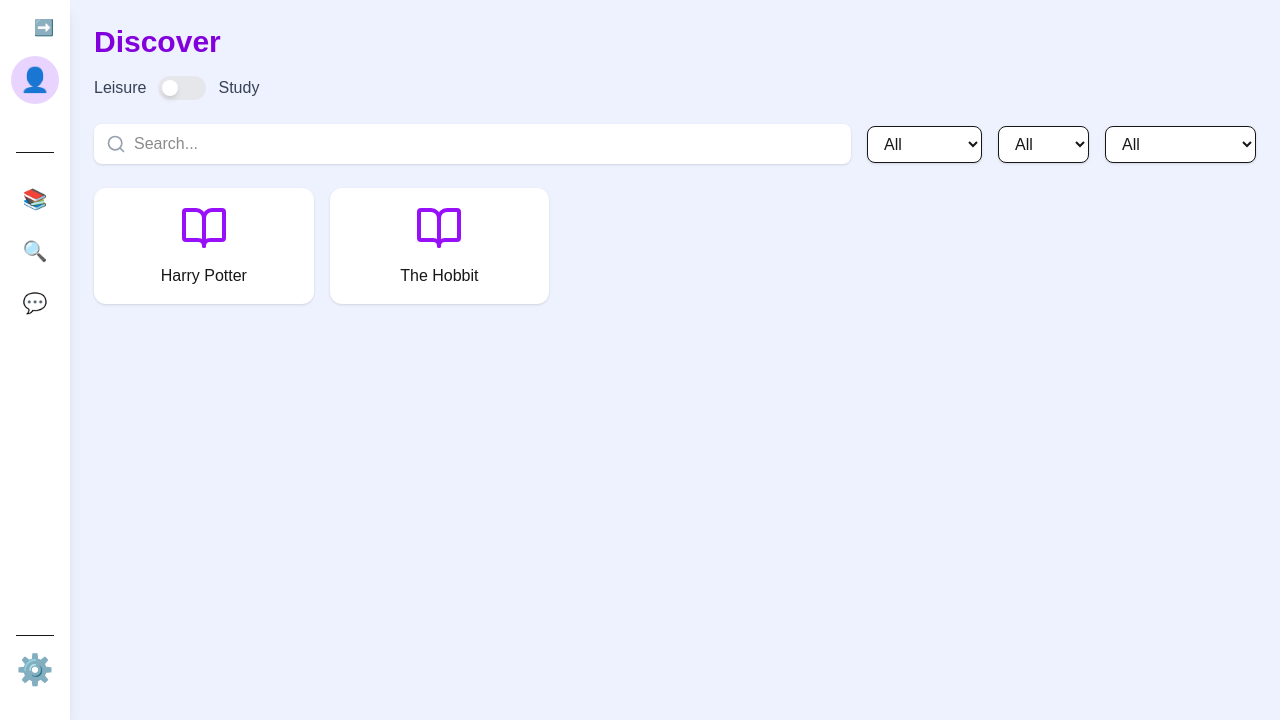
Repository: ramosfranz/bookie
Page: /discover
These files come from the project's save history. The page is drawn as it stood at one moment and after the next save; the edit follows.
The browser window is 1280 px wide. The pictures show the whole page.
The project was rebuilt for these pictures with package versions that can differ from the ones it lists, and the page was loaded fresh each time. The framework's server and built-in components were replaced by stand-ins that run in the browser. Also part of the build but not shown: next.config.ts.

Above is the page before, as saved 2025-11-20 15:06:44.

### src/app/layout.tsx
import type { Metadata } from "next";
import { Geist, Geist_Mono } from "next/font/google";
import "./globals.css";

const geistSans = Geist({
  variable: "--font-geist-sans",
  subsets: ["latin"],
});

const geistMono = Geist_Mono({
  variable: "--font-geist-mono",
  subsets: ["latin"],
});

export const metadata: Metadata = {
  title: "Bookie",
  description: "Generated by create next app",
};

export default function RootLayout({
  children,
}: Readonly<{
  children: React.ReactNode;
}>) {
  return (
    <html lang="en">
      <body
        className={`${geistSans.variable} ${geistMono.variable} antialiased`}
      >
        {children}
      </body>
    </html>
  );
}

### src/app/discover/page.tsx
"use client";

import { useState, useMemo } from "react";
import { BookOpen, Search } from "lucide-react";
import Sidebar from "../components/Sidebar";

interface Item {
  id: number;
  title: string;
  url: string;
  topic?: string;
  category?: string;
  tags?: string[];
  type: "leisure" | "research"; // Added type
}

export default function DiscoverPage() {
  const dummyUser = {
    id: "00000000-0000-0000-0000-000000000001",
    email: "test@example.com",
    username: "TestUser",
  };

  const user = dummyUser;

  const [activeTab, setActiveTab] = useState<"dashboard" | "discover" | "chat">(
    "discover"
  );

  // Toggle for leisure / study
  const [libraryTab, setLibraryTab] = useState<"leisure" | "research">("leisure");

  // Search & filters
  const [searchQuery, setSearchQuery] = useState("");
  const [selectedTopic, setSelectedTopic] = useState<string | "All">("All");
  const [selectedCategory, setSelectedCategory] = useState<string | "All">("All");
  const [selectedTag, setSelectedTag] = useState<string | "All">("All");

  // Pagination
  const itemsPerPage = 6;
  const [currentPage, setCurrentPage] = useState(1);

  const allItems: Item[] = [
    { id: 1, title: "Modern Web Security", url: "https://example.com/book1", topic: "Security", category: "Book", tags: ["AI","Web"], type: "research" },
    { id: 2, title: "AI & Society", url: "https://example.com/book2", topic: "AI", category: "Article", tags: ["Society"], type: "research" },
    { id: 3, title: "Next.js Patterns", url: "https://example.com/book3", topic: "Web Dev", category: "Book", tags: ["Next.js"], type: "research" },
    { id: 4, title: "Harry Potter", url: "https://example.com/harry-potter", type: "leisure" },
    { id: 5, title: "The Hobbit", url: "https://example.com/the-hobbit", type: "leisure" },
  ];

  // Filter & search logic
  const filteredItems = useMemo(() => {
    return allItems
      .filter(item => item.type === libraryTab) // filter by leisure/study
      .filter(item => {
        const matchesSearch = item.title.toLowerCase().includes(searchQuery.toLowerCase());
        const matchesTopic = selectedTopic === "All" || item.topic === selectedTopic;
        const matchesCategory = selectedCategory === "All" || item.category === selectedCategory;
        const matchesTag = selectedTag === "All" || (item.tags && item.tags.includes(selectedTag));
        return matchesSearch && matchesTopic && matchesCategory && matchesTag;
      });
  }, [searchQuery, selectedTopic, selectedCategory, selectedTag, libraryTab]);

  const paginatedItems = useMemo(() => {
    const startIndex = (currentPage - 1) * itemsPerPage;
    return filteredItems.slice(startIndex, startIndex + itemsPerPage);
  }, [filteredItems, currentPage]);

  const totalPages = Math.ceil(filteredItems.length / itemsPerPage);

  return (
    <div className="min-h-screen flex bg-indigo-50">
      {/* Sidebar */}
      <Sidebar activeTab={activeTab} user={user} />

      <main className="flex-1 p-6">
        <h1 className="text-3xl font-bold text-purple-700 mb-4">Discover</h1>

        {/* Leisure / Study Toggle */}
        <div className="flex items-center mb-6">
          <span className="mr-3 text-gray-700">Leisure</span>
          <label className="relative inline-flex items-center cursor-pointer">
            <input
              type="checkbox"
              className="sr-only peer"
              checked={libraryTab === "research"}
              onChange={() =>
                setLibraryTab(libraryTab === "research" ? "leisure" : "research")
              }
            />
            <div className="w-12 h-6 bg-gray-200 peer-focus:outline-none rounded-full peer peer-checked:bg-purple-600 transition-all"></div>
            <div
              className={`absolute left-1 top-1 w-4 h-4 bg-white rounded-full shadow-md transition-transform ${
                libraryTab === "research" ? "translate-x-6" : ""
              }`}
            ></div>
          </label>
          <span className="ml-3 text-gray-700">Study</span>
        </div>

        {/* Search & filters */}
        <div className="flex flex-col md:flex-row md:items-center gap-4 mb-6">
          <div className="flex items-center bg-white rounded-lg shadow px-3 py-2 flex-1">
            <Search className="w-5 h-5 text-gray-400 mr-2" />
            <input
              type="text"
              placeholder="Search..."
              value={searchQuery}
              onChange={(e) => setSearchQuery(e.target.value)}
              className="flex-1 outline-none"
            />
          </div>

          <select
            value={selectedTopic}
            onChange={(e) => setSelectedTopic(e.target.value)}
            className="px-3 py-2 rounded-lg border bg-white shadow"
          >
            <option>All</option>
            <option>AI</option>
            <option>Security</option>
            <option>Web Dev</option>
            <option>Database</option>
          </select>

          <select
            value={selectedCategory}
            onChange={(e) => setSelectedCategory(e.target.value)}
            className="px-3 py-2 rounded-lg border bg-white shadow"
          >
            <option>All</option>
            <option>Book</option>
            <option>Article</option>
            <option>Paper</option>
          </select>

          <select
            value={selectedTag}
            onChange={(e) => setSelectedTag(e.target.value)}
            className="px-3 py-2 rounded-lg border bg-white shadow"
          >
            <option>All</option>
            <option>AI</option>
            <option>Web</option>
            <option>Society</option>
            <option>Next.js</option>
            <option>Phishing</option>
            <option>Deep Learning</option>
            <option>SQL</option>
          </select>
        </div>

        {/* Items grid */}
        <div className="grid grid-cols-2 md:grid-cols-3 lg:grid-cols-5 gap-4">
          {paginatedItems.map((item) => (
            <a
              key={item.id}
              href={item.url}
              target="_blank"
              className="flex flex-col items-center bg-white p-4 rounded-xl shadow hover:shadow-lg transition"
            >
              <BookOpen className="w-12 h-12 text-purple-600 mb-3" />
              <p className="font-medium text-center">{item.title}</p>
              {item.topic && <p className="text-xs text-gray-500">{item.topic}</p>}
            </a>
          ))}
        </div>

        {/* Pagination */}
        {totalPages > 1 && (
          <div className="flex justify-center gap-2 mt-6">
            {Array.from({ length: totalPages }, (_, i) => (
              <button
                key={i}
                onClick={() => setCurrentPage(i + 1)}
                className={`px-3 py-1 rounded-lg ${
                  currentPage === i + 1
                    ? "bg-purple-600 text-white"
                    : "bg-white shadow hover:bg-purple-100"
                }`}
              >
                {i + 1}
              </button>
            ))}
          </div>
        )}
      </main>
    </div>
  );
}

### src/app/components/Sidebar.tsx
"use client";

import { useState } from "react";
import Link from "next/link";

export default function Sidebar({ activeTab, user }) {
  const [isCollapsed, setIsCollapsed] = useState(true);


  return (
    <aside
      className={`${
        isCollapsed ? "w-[70px]" : "w-[180px]"
      } bg-white shadow-lg p-4 flex flex-col items-center transition-all duration-300`}
    >
      {/* Collapse Button */}
      <button
        onClick={() => setIsCollapsed(!isCollapsed)}
        className="self-end text-gray-500 hover:text-gray-700 mb-4"
      >
        {isCollapsed ? "➡️" : "⬅️"}
      </button>

      {/* Profile Section */}
      <div className="mb-8 flex flex-col items-center">
        <div className="w-12 h-12 bg-purple-200 rounded-full flex items-center justify-center text-2xl">
          👤
        </div>
        {!isCollapsed && (
          <p className="mt-3 font-semibold text-purple-700">{user.username}</p>
        )}
      </div>

      <div className="w-full border-t my-4"></div>

      {/* Tabs */}
      <nav className="flex flex-col items-center gap-6 mt-4">

        {/* Library (Leisure + Study) */}
        <Link
          href="/dashboard"
          className={`flex flex-col items-center text-xl ${
            activeTab === "dashboard"
              ? "text-purple-600"
              : "text-gray-500 hover:text-gray-700"
          }`}
        >
          📚
          {!isCollapsed && <span className="text-sm mt-1">Library</span>}
        </Link>

        {/* Discover */}
        <Link
          href="/discover"
          className={`flex flex-col items-center text-xl ${
            activeTab === "discover"
              ? "text-purple-600"
              : "text-gray-500 hover:text-gray-700"
          }`}
        >
          🔍
          {!isCollapsed && <span className="text-sm mt-1">Discover</span>}
        </Link>

        {/* Chat */}
        <Link
          href="/chat"
          className={`flex flex-col items-center text-xl ${
            activeTab === "chat"
              ? "text-purple-600"
              : "text-gray-500 hover:text-gray-700"
          }`}
        >
          💬
          {!isCollapsed && <span className="text-sm mt-1">Chat</span>}
        </Link>
      </nav>

      <div className="w-full border-t my-4 mt-auto"></div>

      <button className="text-gray-500 hover:text-gray-700 text-3xl mb-4">
        ⚙️
      </button>
    </aside>
  );
}

Loaded but not shown: src/app/globals.css (common file)

After the next save:
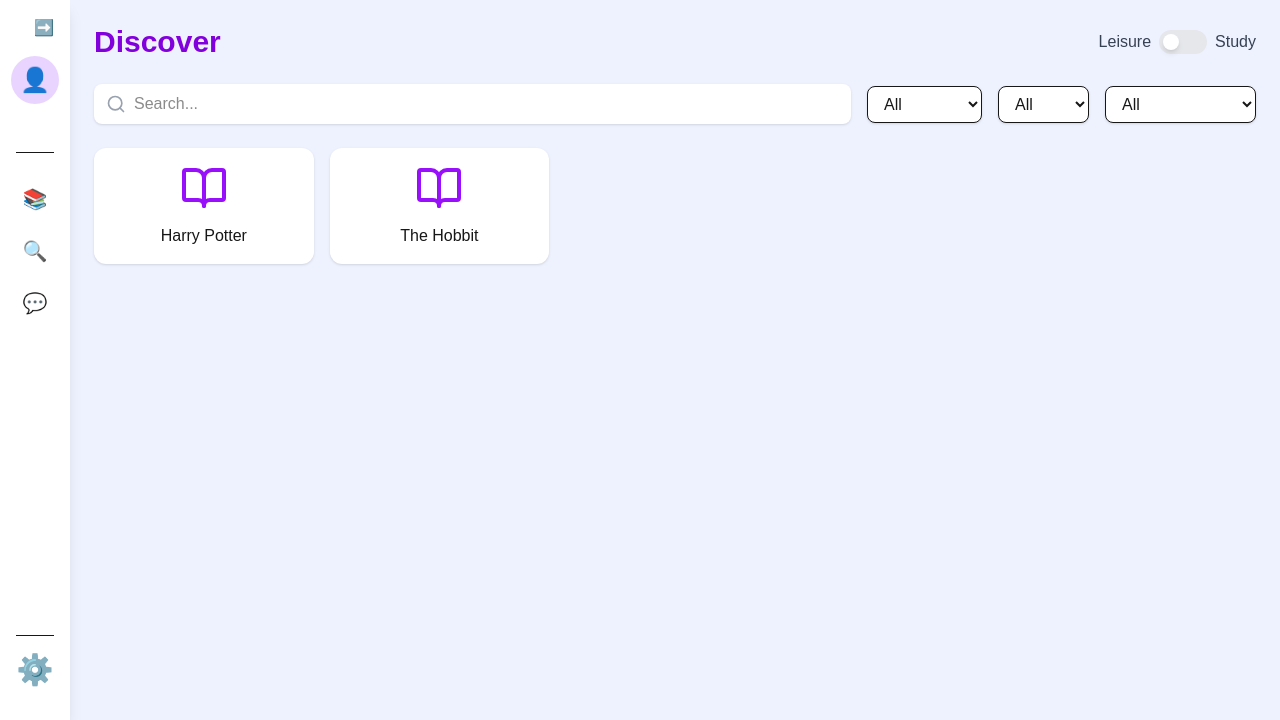
Saved 9 min 44 s later.
--- a/src/app/discover/page.tsx
+++ b/src/app/discover/page.tsx
@@ -74,29 +74,33 @@
       <Sidebar activeTab={activeTab} user={user} />
 
       <main className="flex-1 p-6">
-        <h1 className="text-3xl font-bold text-purple-700 mb-4">Discover</h1>
+      {/* Header with toggle */}
+<div className="flex items-center justify-between mb-6">
+  <h1 className="text-3xl font-bold text-purple-700">Discover</h1>
 
-        {/* Leisure / Study Toggle */}
-        <div className="flex items-center mb-6">
-          <span className="mr-3 text-gray-700">Leisure</span>
-          <label className="relative inline-flex items-center cursor-pointer">
-            <input
-              type="checkbox"
-              className="sr-only peer"
-              checked={libraryTab === "research"}
-              onChange={() =>
-                setLibraryTab(libraryTab === "research" ? "leisure" : "research")
-              }
-            />
-            <div className="w-12 h-6 bg-gray-200 peer-focus:outline-none rounded-full peer peer-checked:bg-purple-600 transition-all"></div>
-            <div
-              className={`absolute left-1 top-1 w-4 h-4 bg-white rounded-full shadow-md transition-transform ${
-                libraryTab === "research" ? "translate-x-6" : ""
-              }`}
-            ></div>
-          </label>
-          <span className="ml-3 text-gray-700">Study</span>
-        </div>
+  {/* Leisure / Study Toggle */}
+  <div className="flex items-center gap-2">
+    <span className="text-gray-700">Leisure</span>
+    <label className="relative inline-flex items-center cursor-pointer">
+      <input
+        type="checkbox"
+        className="sr-only peer"
+        checked={libraryTab === "research"}
+        onChange={() =>
+          setLibraryTab(libraryTab === "research" ? "leisure" : "research")
+        }
+      />
+      <div className="w-12 h-6 bg-gray-200 peer-focus:outline-none rounded-full peer peer-checked:bg-purple-600 transition-all"></div>
+      <div
+        className={`absolute left-1 top-1 w-4 h-4 bg-white rounded-full shadow-md transition-transform ${
+          libraryTab === "research" ? "translate-x-6" : ""
+        }`}
+      ></div>
+    </label>
+    <span className="text-gray-700">Study</span>
+  </div>
+</div>
+
 
         {/* Search & filters */}
         <div className="flex flex-col md:flex-row md:items-center gap-4 mb-6">
